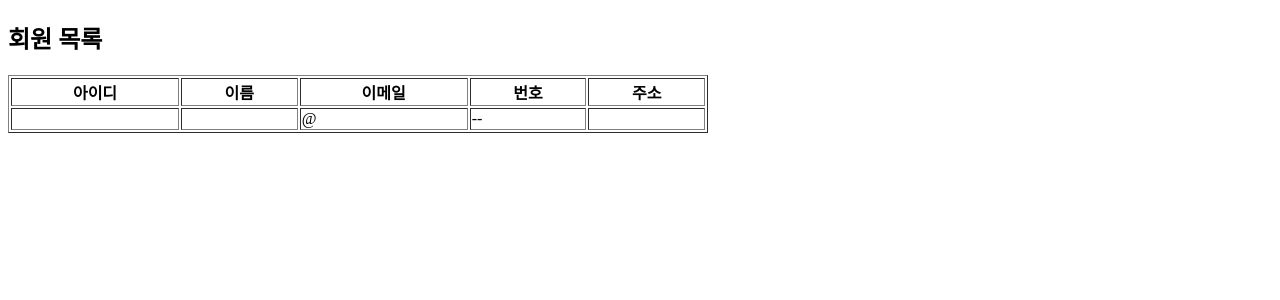
Repository: keepsus/gaebokchi
Page: http://localhost/uzuslime/member/memberList.jsp
The author's editor kept a copy of each file at every save. The page is drawn from the files as they stood at one save, then again after the next save.
The browser window is 1280 px wide. The pictures show the whole page.
The page is served by Tomcat 9. Nobody is signed in. The application's start-up code is not run.

Above is the page before, as saved 2021-02-04 09:40:06.

After the next save:
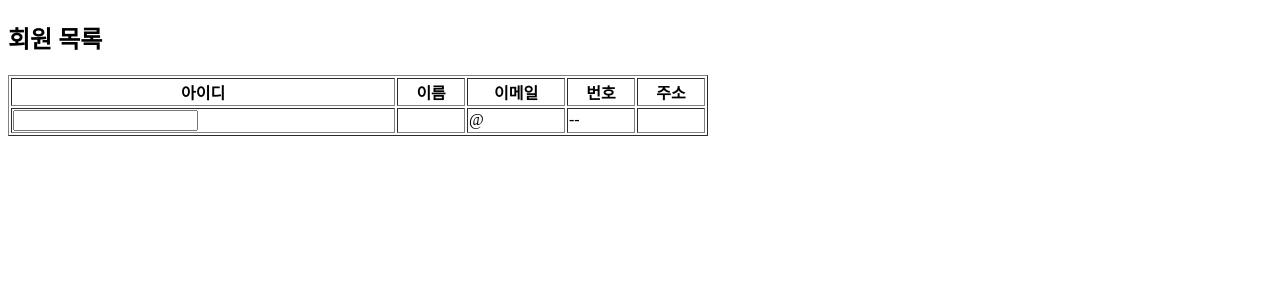
Saved 8 min 23 s later.
--- a/uzuslime/src/main/webapp/member/memberList.jsp
+++ b/uzuslime/src/main/webapp/member/memberList.jsp
@@ -19,7 +19,7 @@
 			<th>주소</th>
 		</tr>
 		<tr>
-			<td>${memberDTO.member_id }</td>
+			<td><input type="text" value="${memberDTO.member_id }"></td>
 			<td>${memberDTO.member_name }</td>
 			<td>${memberDTO.email1 }@${memberDTO.email2 } </td>
 			<td>${memberDTO.tel1 }-${memberDTO.tel2 }-${memberDTO.tel3 }</td>

After the save that followed:
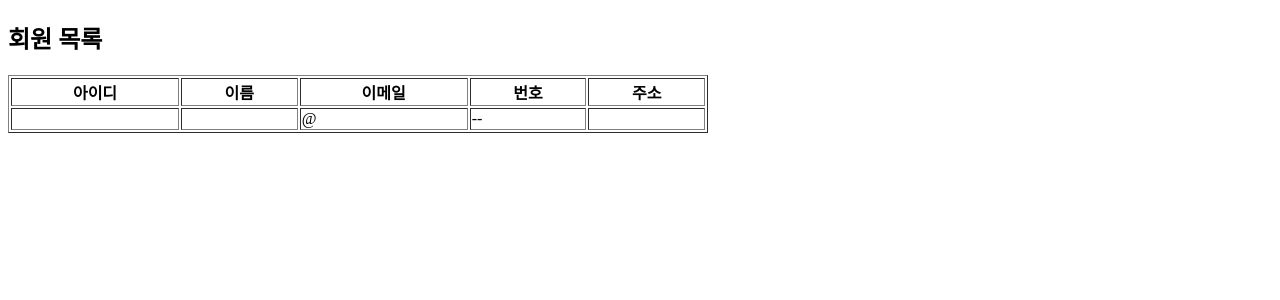
Saved 29 s later.
--- a/uzuslime/src/main/webapp/member/memberList.jsp
+++ b/uzuslime/src/main/webapp/member/memberList.jsp
@@ -19,7 +19,7 @@
 			<th>주소</th>
 		</tr>
 		<tr>
-			<td><input type="text" value="${memberDTO.member_id }"></td>
+			<td>${memberDTO.member_id }</td>
 			<td>${memberDTO.member_name }</td>
 			<td>${memberDTO.email1 }@${memberDTO.email2 } </td>
 			<td>${memberDTO.tel1 }-${memberDTO.tel2 }-${memberDTO.tel3 }</td>
